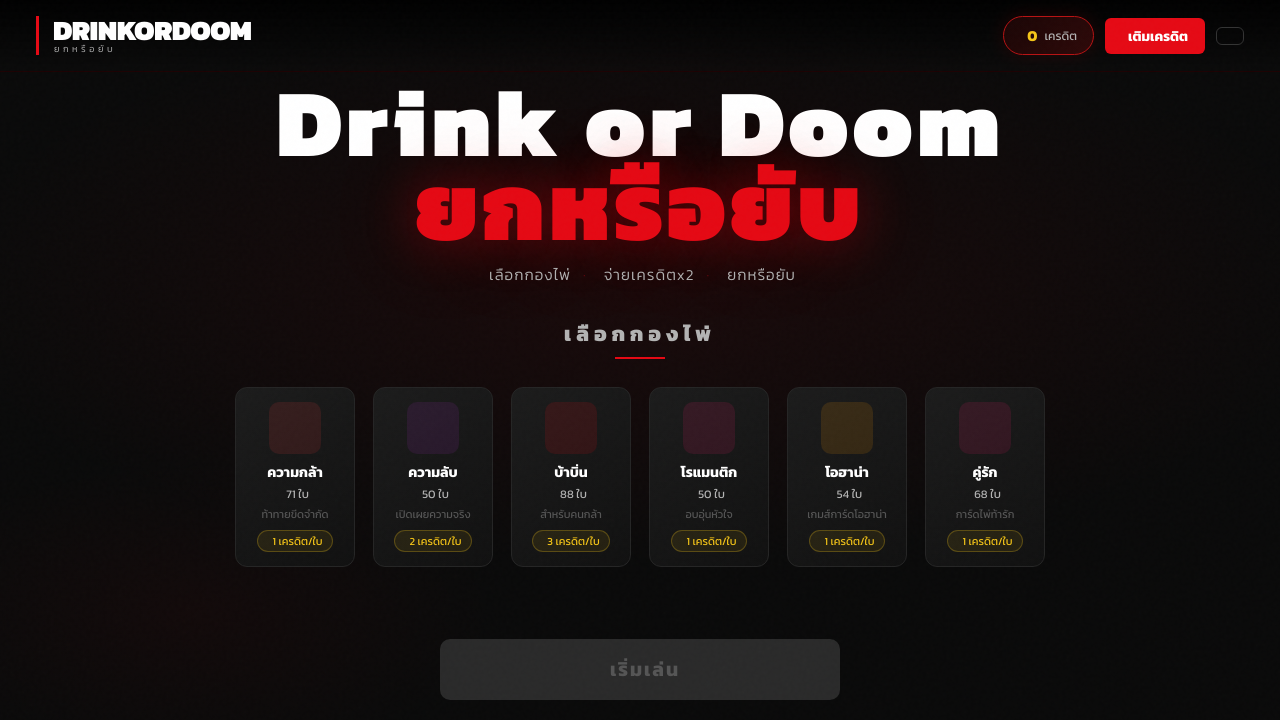
Repository: nuthiokhaw99/Drink-or-Doom.github.io
Page: index.html
These files come from the project's save history. The page is drawn as it stood at one moment and after the next save; the edit follows.
The browser window is 1280 px wide. The pictures show the whole page.
Some icons come from a web library that is not loaded, so they are not drawn.

Above is the page before, as saved 2026-03-26 13:16:07.
Console error: SyntaxError: Unexpected token ')'

After the next save:
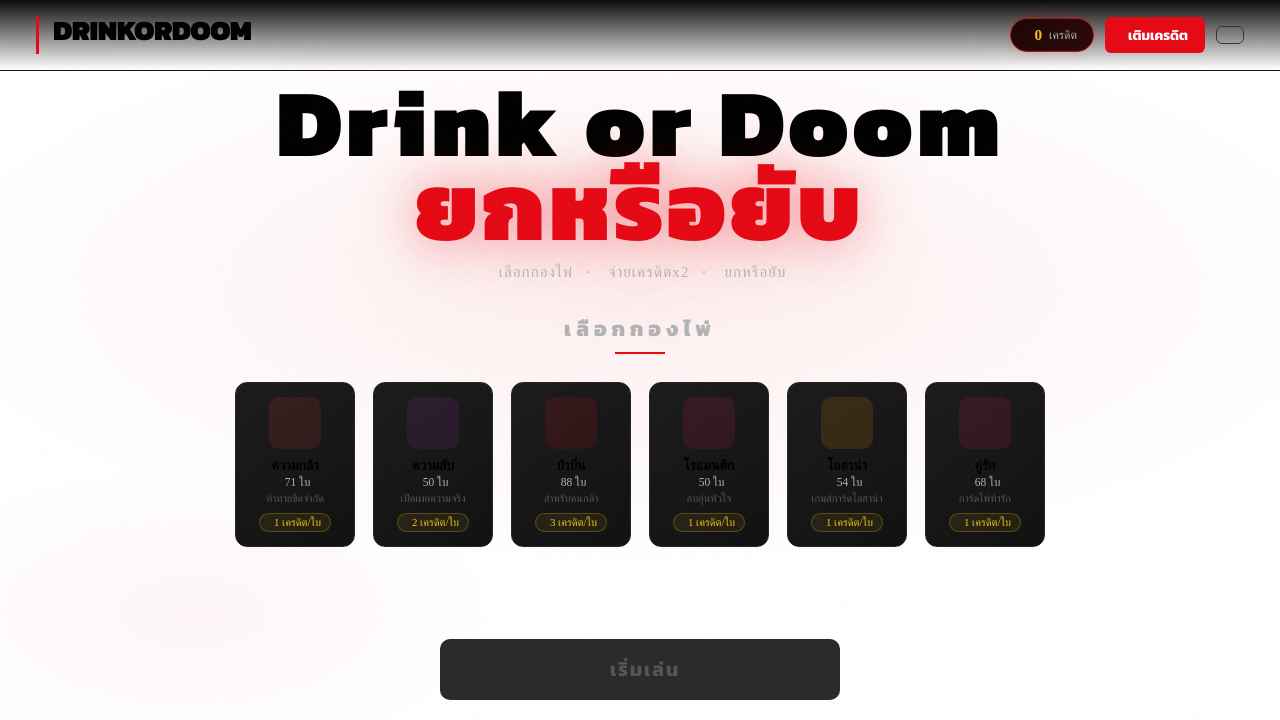
Saved 15 min 3 s later.
--- a/css/main.css
+++ b/css/main.css
@@ -16,7 +16,7 @@
   --glow: rgba(229, 9, 20, 0.35);
 }
 
-* { margin: 0; padding: 0; box-sizing: border-box; }
+* { margin: 0; padding: 0; box-sizing: border-box; }topup-opt
 
 body {
   background: var(--bg);

After the save that followed:
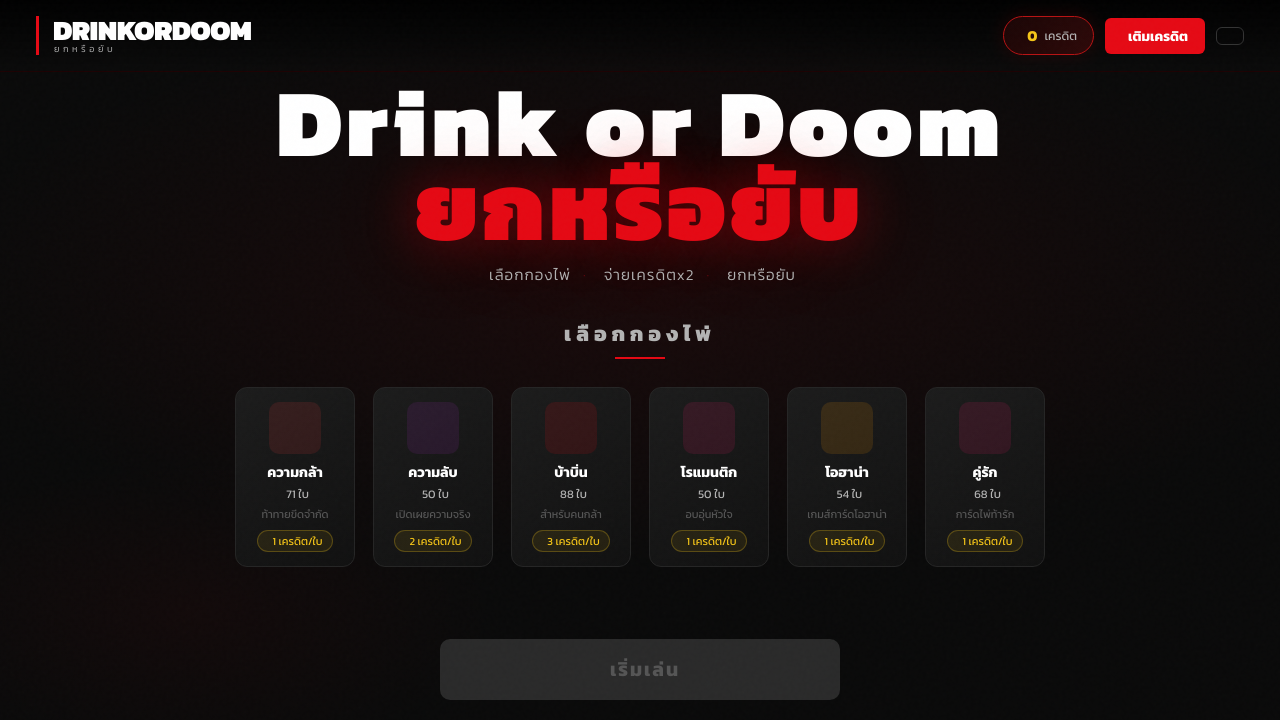
Saved 6 s later.
--- a/css/main.css
+++ b/css/main.css
@@ -16,7 +16,7 @@
   --glow: rgba(229, 9, 20, 0.35);
 }
 
-* { margin: 0; padding: 0; box-sizing: border-box; }topup-opt
+* { margin: 0; padding: 0; box-sizing: border-box; }
 
 body {
   background: var(--bg);
